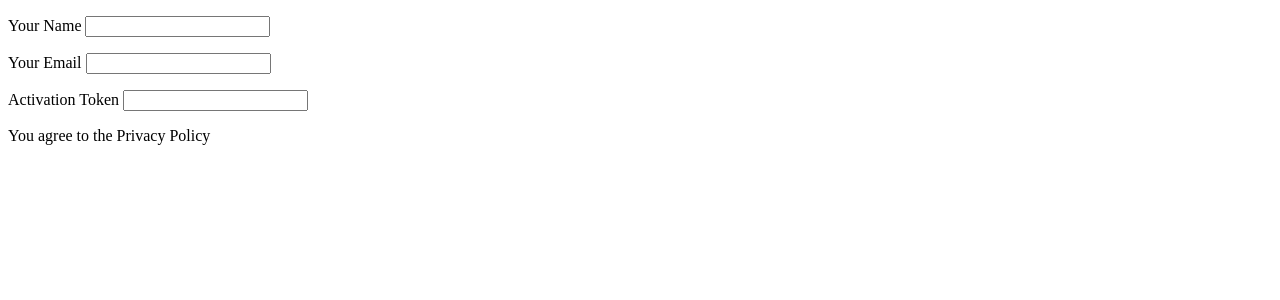
Repository: Rachael4life/Assignment-1
Page: starter-code/src/index.html
An editor plug-in stored every save of this project. The page is shown before and after a run of saves, followed by the edit.
The browser window is 1280 px wide. The pictures show the whole page.

Above is the page before, as saved 2022-02-25 12:25:41.

### starter-code/src/index.html
<!DOCTYPE html>
<html lang="en">
<head>
    <meta charset="UTF-8">
    <meta http-equiv="X-UA-Compatible" content="IE=edge">
    <meta name="viewport" content="width=device-width, initial-scale=1.0">
    <title>Assignment 1</title>
</head>
<body>
    <div id="ramyeon">
        <form class="kimchi">
            <div> <p></p>
                <label for="name">Your Name</label>
                <input type="text" name="name" id="name" placeholder="">
            </div>
            <div> <p></p>
                <label for="email">Your Email</label>
                <input type="text" name="email" id="email" placeholder="">
            </div>
            <div> <p></p>
                <label for="number">Activation Token</label>
                <input type="number" name="activation token" id="name" placeholder="">
            </div>
            <div><p></p>
                You agree to the Privacy Policy
            </div>
        </form>
    </div>
</body>
</html>

After the next 3 saves:
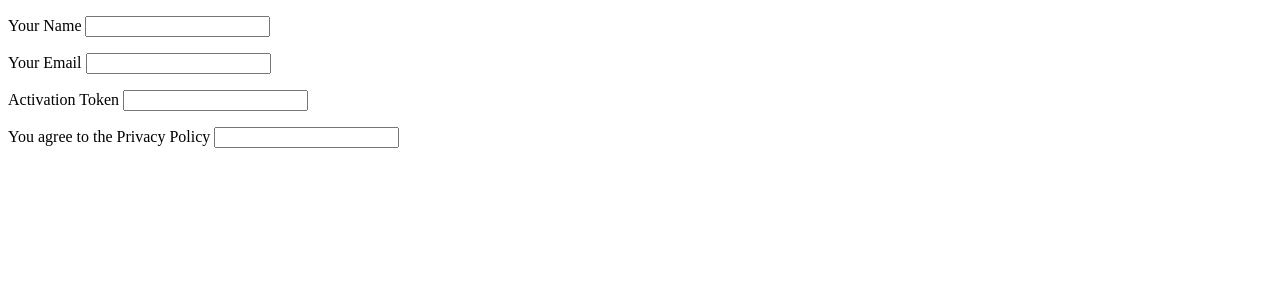
The 3 saves are shown as one change because they came seconds apart.
The last was saved 26 s later.
--- a/starter-code/src/index.html
+++ b/starter-code/src/index.html
@@ -22,7 +22,7 @@
                 <input type="number" name="activation token" id="name" placeholder="">
             </div>
             <div><p></p>
-                You agree to the Privacy Policy
+                You agree to the Privacy Policy <input type="text">
             </div>
         </form>
     </div>
